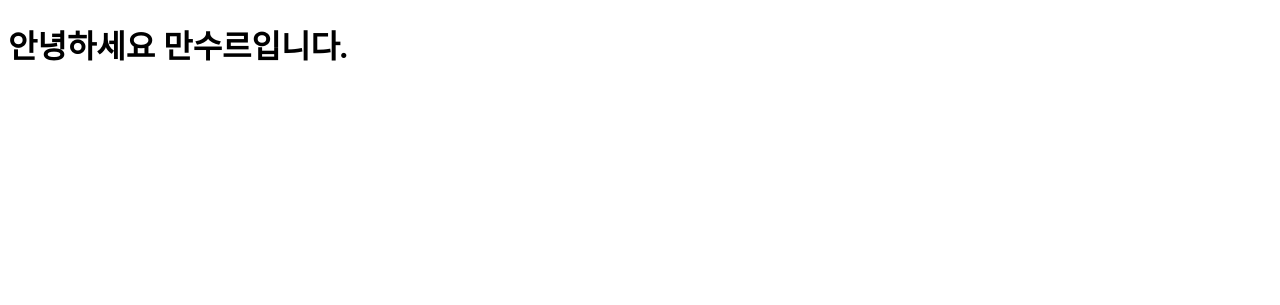
Repository: an-sehyeon/web_inworld
Page: web_inwolrd/04_Servlet/dev/web/src/main/webapp/index.html
These files come from the project's save history. The page is drawn as it stood at one moment and after the next save; the edit follows.
The browser window is 1280 px wide. The pictures show the whole page.

Above is the page before, as saved 2024-12-14 01:20:00.

After the next save:
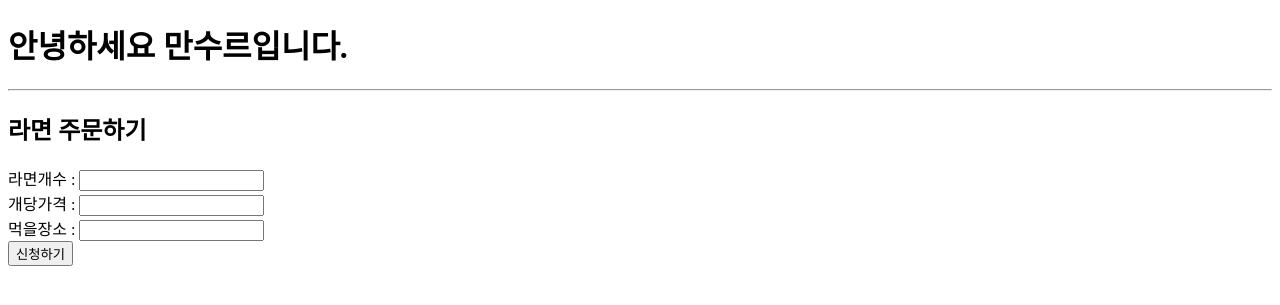
Saved 11 min 58 s later.
--- a/web_inwolrd/04_Servlet/dev/web/src/main/webapp/index.html
+++ b/web_inwolrd/04_Servlet/dev/web/src/main/webapp/index.html
@@ -6,5 +6,13 @@
 </head>
 <body>
 	<h1>안녕하세요 만수르입니다.</h1>
+	<hr>
+	<h2>라면 주문하기</h2>
+	<form action="/web/Order">
+	라면개수 : <input type="text" name= "ramen"><br>
+	개당가격 : <input type="text" name= "price"><br>
+	먹을장소 : <input type="text" name= "location"><br>
+	<input type="submit" value="신청하기">
+	</form>
 </body>
 </html>
